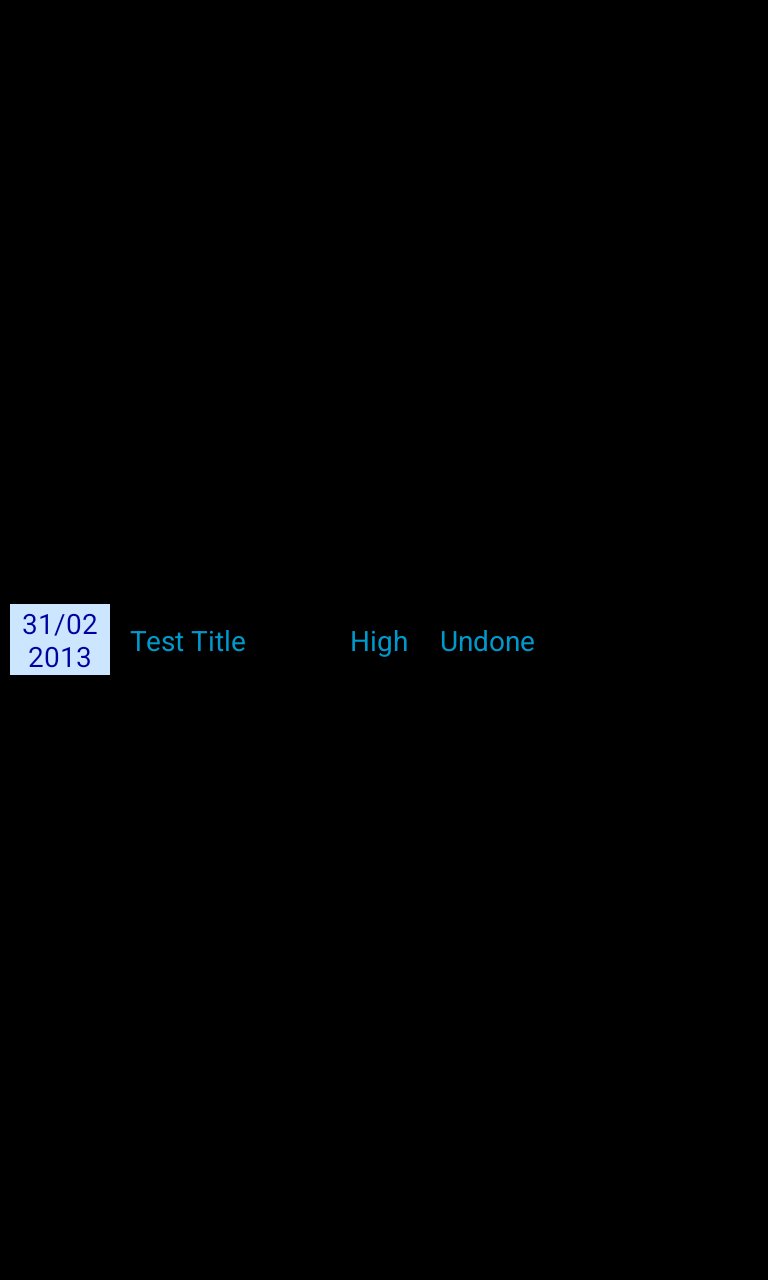
Repository: titango/androidass1
Layout: uTask/res/layout/task_list_item.xml
These files come from the project's save history. The layout is drawn as it stood at one moment and after the next save; the edit follows.
It is drawn on a 768 x 1280 px phone screen (xhdpi) without system bars, with theme NoActionBar; the app's code is not run.

Above is the layout before, as saved 2013-03-31 23:41:33.

### uTask/res/layout/task_list_item.xml
<?xml version="1.0" encoding="utf-8"?>
<LinearLayout xmlns:android="http://schemas.android.com/apk/res/android"
    android:layout_width="wrap_content"
    android:layout_height="wrap_content"
    android:gravity="left|center"
    android:paddingBottom="5dp"
    android:paddingLeft="5dp"
    android:paddingTop="5dp" >

    <TextView
        android:id="@+id/task_list_item_date"
        android:layout_width="50dp"
        android:layout_height="wrap_content"
        android:background="@color/lightblue"
        android:gravity="center"
        android:text="31/02 2013"
        android:textColor="@color/darkblue" >
    </TextView>

    <TextView
        android:id="@+id/task_list_item_title"
        android:layout_width="100dp"
        android:layout_height="wrap_content"
        android:layout_marginLeft="10dp"
        android:text="Test Title"
        android:textColor="#0099CC" >
    </TextView>

    <TextView
        android:id="@+id/task_list_item_priority"
        android:layout_width="35dp"
        android:layout_height="wrap_content"
        android:layout_marginLeft="10dp"
        android:text="High"
        android:textColor="#0099CC" >
    </TextView>

    <TextView
        android:id="@+id/task_list_item_status"
        android:layout_width="50dp"
        android:layout_height="wrap_content"
        android:layout_marginLeft="10dp"
        android:text="Undone"
        android:textColor="#0099CC" >
    </TextView>

</LinearLayout>

### uTask/res/values/colors.xml
<?xml version="1.0" encoding="utf-8"?>
<resources>
    <color name="white">#FFFFFF</color>
    <color name="black">#000000</color>
    <color name="darkblue">#0000A0</color>
    <color name="lightblue">#CCE6FF</color>
    <color name="lightyellow">#FFFFCC</color>
    <color name="superlightyellow">#FFFFE5</color>
    <color name="lightorange">#FFCC33</color>
    <color name="darkorange">#FFBF00</color>
    <color name="lowlightgreen">#00FF99</color>

</resources>

Loaded but not shown: uTask/res/values/styles.xml (common file)

After the next save:
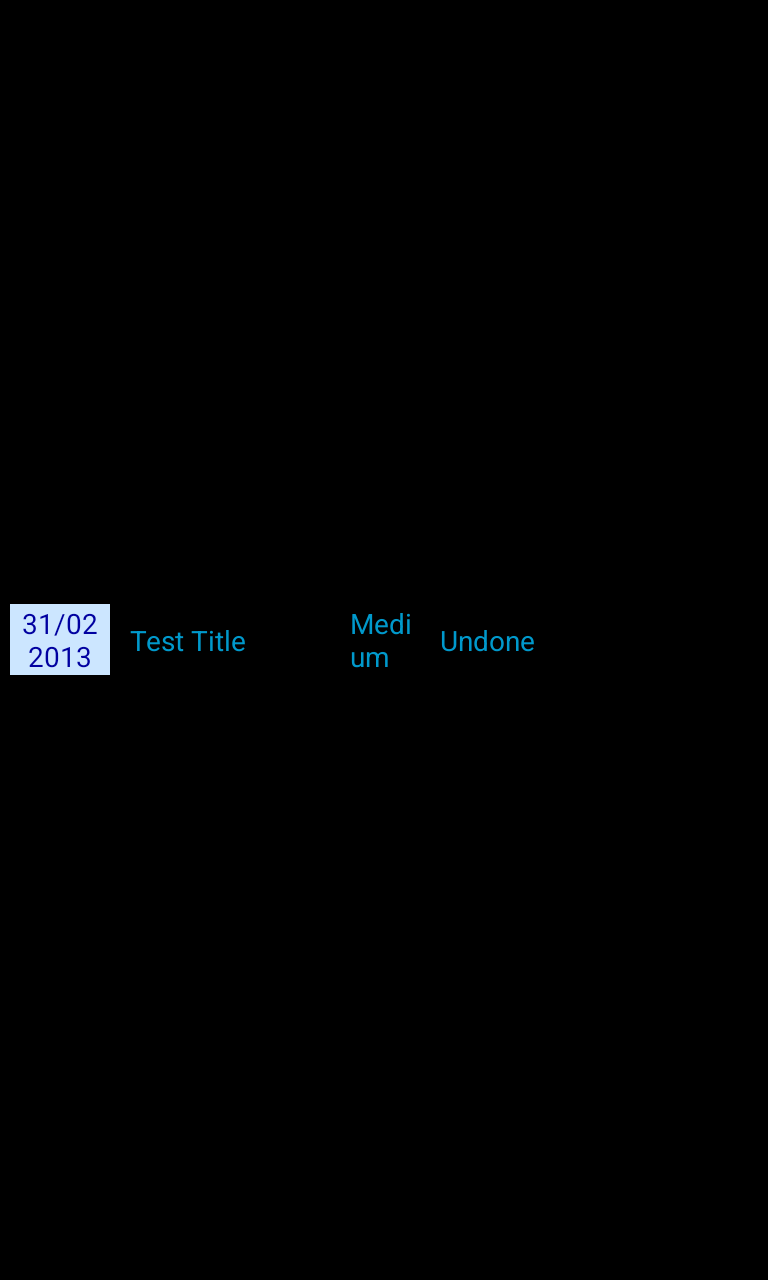
Saved 5 s later.
--- a/uTask/res/layout/task_list_item.xml
+++ b/uTask/res/layout/task_list_item.xml
@@ -31,7 +31,7 @@
         android:layout_width="35dp"
         android:layout_height="wrap_content"
         android:layout_marginLeft="10dp"
-        android:text="High"
+        android:text="Medium"
         android:textColor="#0099CC" >
     </TextView>
 
